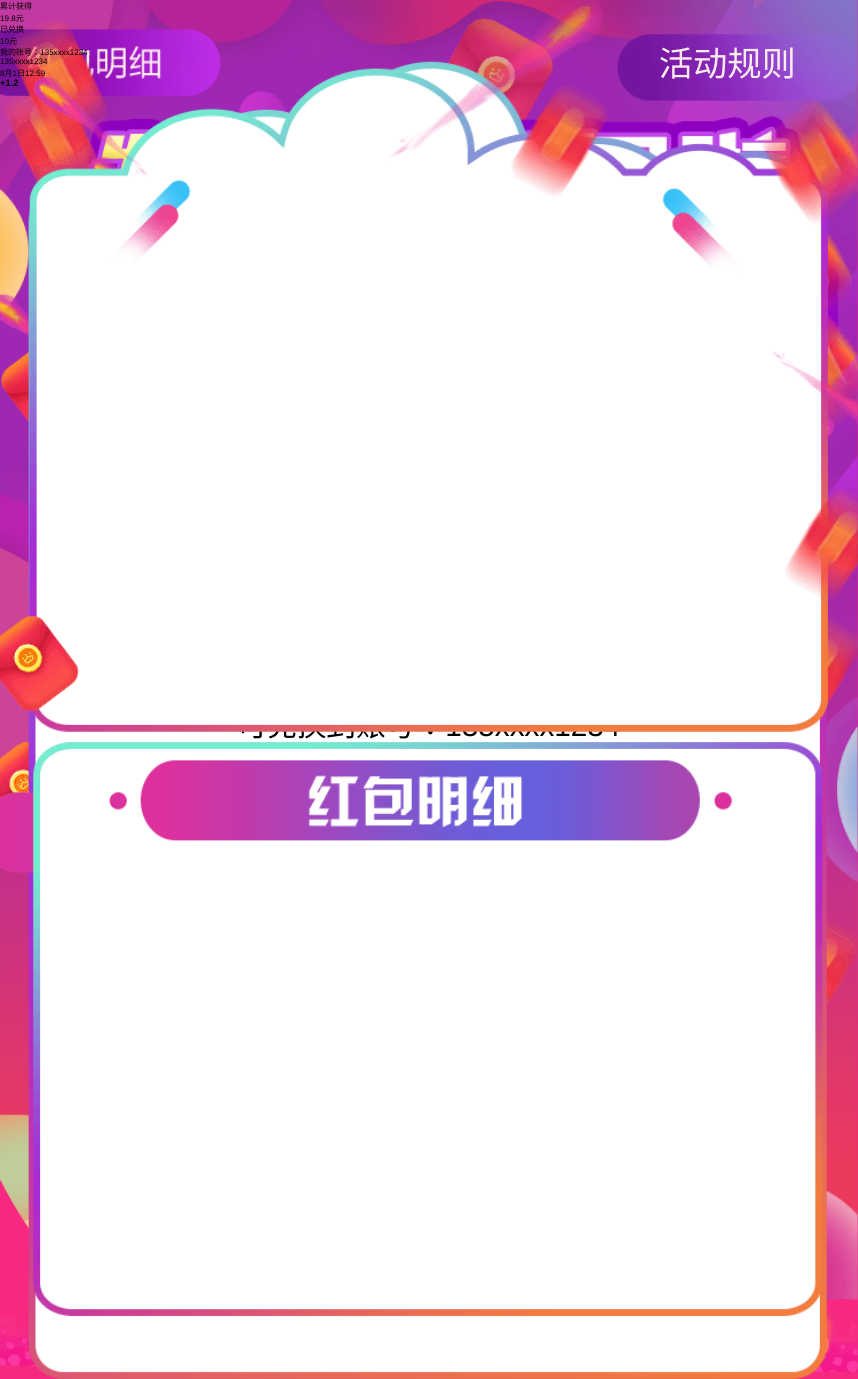
Repository: wangbiaozy/hb
Page: index.html
The author's editor kept a copy of each file at every save. The page is drawn from the files as they stood at one save, then again after the next save.
The browser window is 1280 px wide. The pictures show the whole page, at 67% of full size.

Above is the page before, as saved 2018-08-15 17:47:47.

### index.html
<!DOCTYPE html>
<html lang="en">
<head>
    <meta charset="UTF-8">
    <meta name="viewport" content="width=device-width, initial-scale=1.0, maximum-scale=1.0, minimum-scale=1.0, user-scalable=no, viewport-fit=cover">
    <meta http-equiv="X-UA-Compatible" content="ie=edge">
    <title>Document</title>
    <link rel="stylesheet" href="css/reset.min.css">
    <link rel="stylesheet/less" href="css/styles.less">
    <script src="js/less-1.7.0.min.js"></script>
</head>
<body>
    <section class="main">
        <a id="rule_btn" href="javascript:void(0)">活动规则</a>
        <!-- 首页 -->
        <div class="f_page">
                <p>已经有<span>xxxx</span>人拿到10元话费</p>
                <a id="cj" href="javascript:void(0)"></a>
                <a href="">赚钱攻略在此>></a>
        </div>
        <!-- 获得话费红包页 -->
        <div class="result">
            <p><span id="moneyText"></span>元</p>
            <a href="javascript:void(0)"></a>
        </div>
        <!-- 红包余额页 -->
        <div class="balance">
            <a href="javascript:void(0)"></a>
            <h2><span>6.8</span>元</h2>
            <p>满10元可兑</p>
            <p>可兑换到账号：<span>135xxxx1234</span></p>
            <div>
                <a href="javascript:void(0)">兑换</a>
                <span>1</span>
            </div>
            <div>
                <p>我的邀请码：<span>A10287</span></p>
                <a href="javascript:void(0)">复制邀请码</a>
            </div>
            <a href="javascript:void(0)"></a>
        </div>
        <!-- 红包明细页 -->
        <div class="detail">
            <div>
                <ul>
                    <li>累计获得</li>
                    <li><span>19.8</span>元</li>
                </ul>
                <ul>
                    <li>已兑换</li>
                    <li><span>10</span>元</li>
                </ul>
            </div>
            <p>我的账号：<span>135xxxx1234</span></p>
            <a href="javascript:void(0)"></a>
            <ul>
                <li>
                    <p>135xxxx1234</p>
                    <p><span>8月1日</span><span>12:59</span></p>
                    <h3>+1.2</h3>
                </li>
            </ul>
        </div>


    </section>

    <!-- 活动规则弹窗 -->
    <section class="rule">
        <a href="javascript:void(0)"></a>
        <ul>
            <li>1.活动期间，用户通过10086App开屏页，首页轮播图进入活动，领取10元的话费红包。自己可拆开随机金，剩余金额需分享并邀请好友帮忙拆开，每位可帮忙拆开随机金额，全部拆完即可兑换话费。</li>
            <li>2.邀请拆  红包的好友需为新注册10086App的用户，好友在活动页面输入邀请人的邀请码才能成功帮好友拆开红包，好友帮助拆开红包后同时可获得一个话费红包。</li>
            <li>3.用户需在当前红包全部拆完后，才可开启下一个红包。</li>
            <li>4.活动期间一经发现违规等恶意操作等作弊行为将取消获奖资格。</li>
            <li>5.活动期间，用户需持续下载并的登陆110086App，否则话费奖品无法发放。</li>
        </ul>
        <a href="javascript:void(0)"></a>
    </section>
    <!-- 遮罩层 -->
    <section class="mask" id="mask"></section>
</body>
</html>
<script src="js/jquery-1.10.1.min.js"></script>
<script src="js/index.js"></script>

### css/reset.min.css
@charset "utf-8";
/*默认样式清除和初始化*/
body,h1,h2,h3,h4,h5,h6,hr,p,blockquote,dl,dt,dd,ul,ol,li,button,input,textarea,th,td{margin:0;padding:0}body{font-size:12px;font-style:normal;font-family:"\5FAE\8F6F\96C5\9ED1",Helvetica,sans-serif}small{font-size:12px}h1{font-size:18px}h2{font-size:16px}h3{font-size:14px}h4,h5,h6{font-size:100%}ul,ol{list-style:none}a{text-decoration:none;background-color:transparent}a:hover,a:active{outline-width:0;text-decoration:none}table{border-collapse:collapse;border-spacing:0}hr{border:0;height:1px}img{border-style:none}img:not([src]){display:none}svg:not(:root){overflow:hidden}html{-webkit-touch-callout:none;-webkit-text-size-adjust:100%}input,textarea,button,a{-webkit-tap-highlight-color:rgba(0,0,0,0)}article,aside,details,figcaption,figure,footer,header,main,menu,nav,section,summary{display:block}audio,canvas,progress,video{display:inline-block}audio:not([controls]),video:not([controls]){display:none;height:0}progress{vertical-align:baseline}mark{background-color:#ff0;color:#000}sub,sup{position:relative;font-size:75%;line-height:0;vertical-align:baseline}sub{bottom:-0.25em}sup{top:-0.5em}button,input,select,textarea{font-size:100%;outline:0}button,input{overflow:visible}button,select{text-transform:none}textarea{overflow:auto}button,html [type="button"],[type="reset"],[type="submit"]{-webkit-appearance:button}button::-moz-focus-inner,[type="button"]::-moz-focus-inner,[type="reset"]::-moz-focus-inner,[type="submit"]::-moz-focus-inner{border-style:none;padding:0}button:-moz-focusring,[type="button"]:-moz-focusring,[type="reset"]:-moz-focusring,[type="submit"]:-moz-focusring{outline:1px dotted ButtonText}[type="checkbox"],[type="radio"]{box-sizing:border-box;padding:0}[type="number"]::-webkit-inner-spin-button,[type="number"]::-webkit-outer-spin-button{height:auto}[type="search"]{-webkit-appearance:textfield;outline-offset:-2px}[type="search"]::-webkit-search-cancel-button,[type="search"]::-webkit-search-decoration{-webkit-appearance:none}::-webkit-input-placeholder{color:inherit;opacity:.54}::-webkit-file-upload-button{-webkit-appearance:button;font:inherit}.clear:after{display:block;height:0;content:"";clear:both}
*{ -webkit-tap-highlight-color: rgba(0,0,0,0);-webkit-tap-highlight-color: transparent; /* For some Androids */ }

### js/index.js
(function (doc, win) {
    var docEl = doc.documentElement,
        resizeEvt = 'orientationchange' in window ? 'orientationchange' : 'resize',
        recalc = function () {
            var clientWidth = docEl.clientWidth;
            if (!clientWidth) return;
            docEl.style.fontSize = 100 * (clientWidth / 750) + 'px';
        };
    if (!doc.addEventListener) return;
    win.addEventListener(resizeEvt, recalc, false);
    doc.addEventListener('DOMContentLoaded', recalc, false);
})(document, window);
$(function () {

    //显示非中奖页背景
    function showFirstPageBg(){
        $('.main').removeClass('result');
    }
    //显示中奖页背景
    function showResultPageBg(){
        $('.main').addClass('result');
    }
    //显示活动规则弹窗
    $('#rule_btn').on('click',function(){
        $('.rule').show();
        showMask();
    });
    //关闭活动规则弹窗
    function hideRuleModel(){
        $('.rule').hide();
        hideMask();
    }
    $('.rule').on('click','a',function(){
        hideRuleModel();
    })

    //首页抽红包按钮
    $('#cj').on('click',function(){
        //奖品金额随机数
        var num = (Math.random()*9+1).toFixed(2);
        $('#moneyText').text(num);
        $('.result').show();
        $('.f_page').hide();
        showResultPageBg();
    });

    //显示红包余额页
    function showBalancePage(){
        $('.balance').show();
        $('.balance').siblings('div').hide();
    }
    //showBalancePage();
    //隐藏红包余额页
    function hideBalancePage(){
        $('.balance').hide();
        $('.balance').siblings('div').show();
    }



    //显示弹窗
    function showModel(){
        $('.model').show();
        showMask();
    }

    //关闭弹窗
    $('.close').on('click',function(){
        $(this).parent().parent().hide();
        hideMask();
    });
    //显示遮罩层
    function showMask(){
        $("#mask").css("height",$(document).height());
        $("#mask").css("width",$(document).width());
        $("#mask").show();
        $('body').css('position','fixed');
    }
    //隐藏遮罩层
    function hideMask(){
        $("#mask").hide();
        $('body').css('position','unset');
    }
});

Loaded but not shown: js/less-1.7.0.min.js (library); js/jquery-1.10.1.min.js (library)

After the next save:
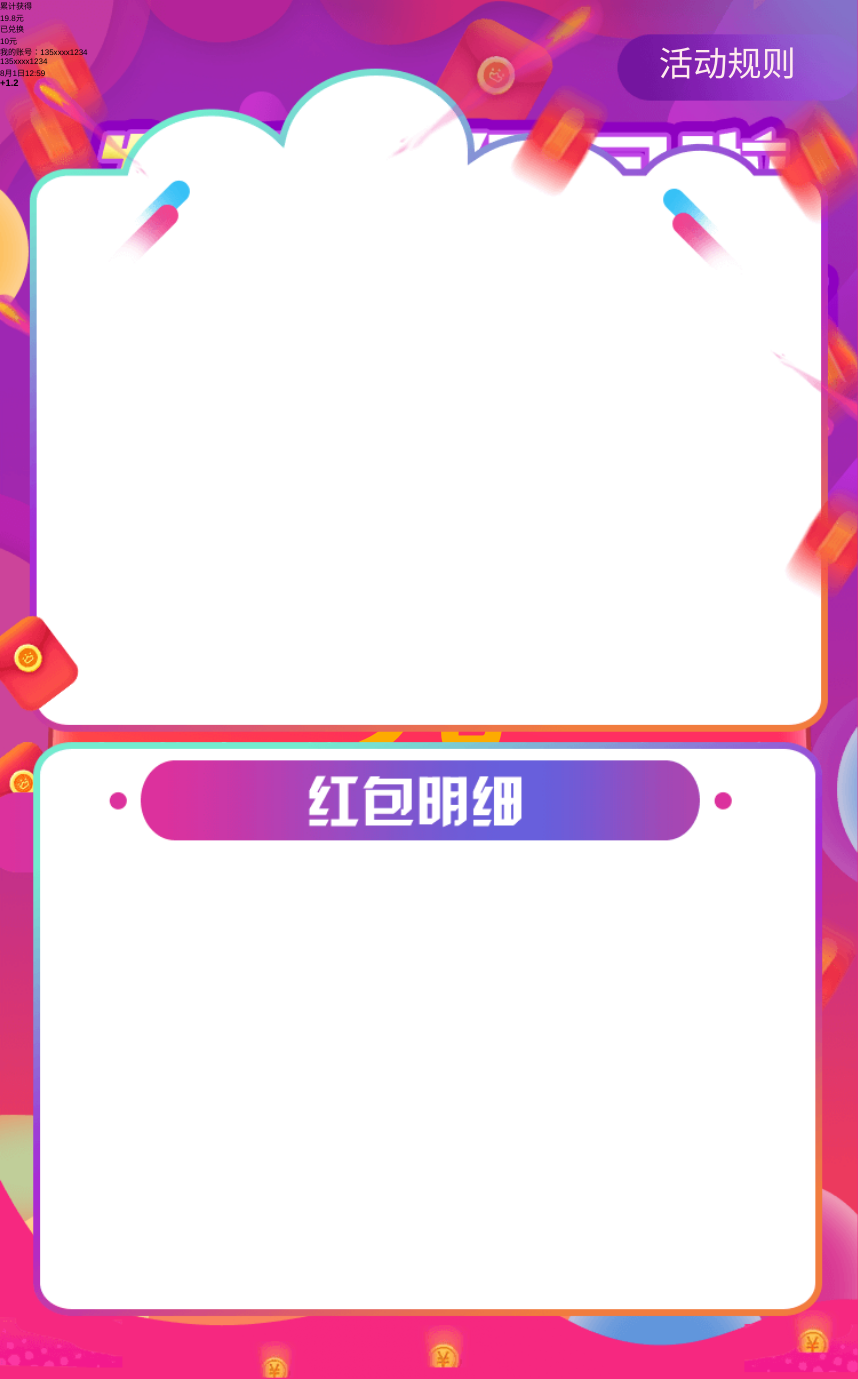
Saved 7 s later.
--- a/js/index.js
+++ b/js/index.js
@@ -55,6 +55,7 @@ $(function () {
         $('.balance').hide();
         $('.balance').siblings('div').show();
     }
+    hideBalancePage();
 
 
 
